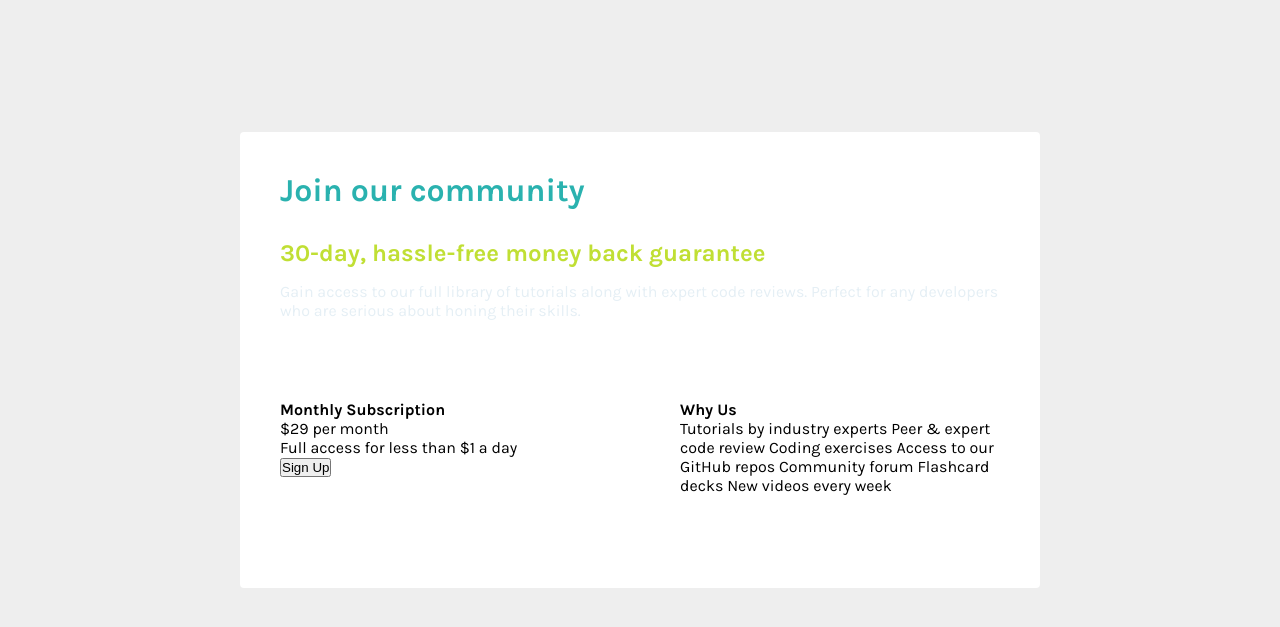
Repository: Akashiii1/WebSingleGrid_Day3
Page: index.html
An editor plug-in stored every save of this project. The page is shown before and after the next save, followed by the edit.
The browser window is 1280 px wide. The pictures show the whole page.

Above is the page before, as saved 2021-12-22 01:04:18.

After the next save:
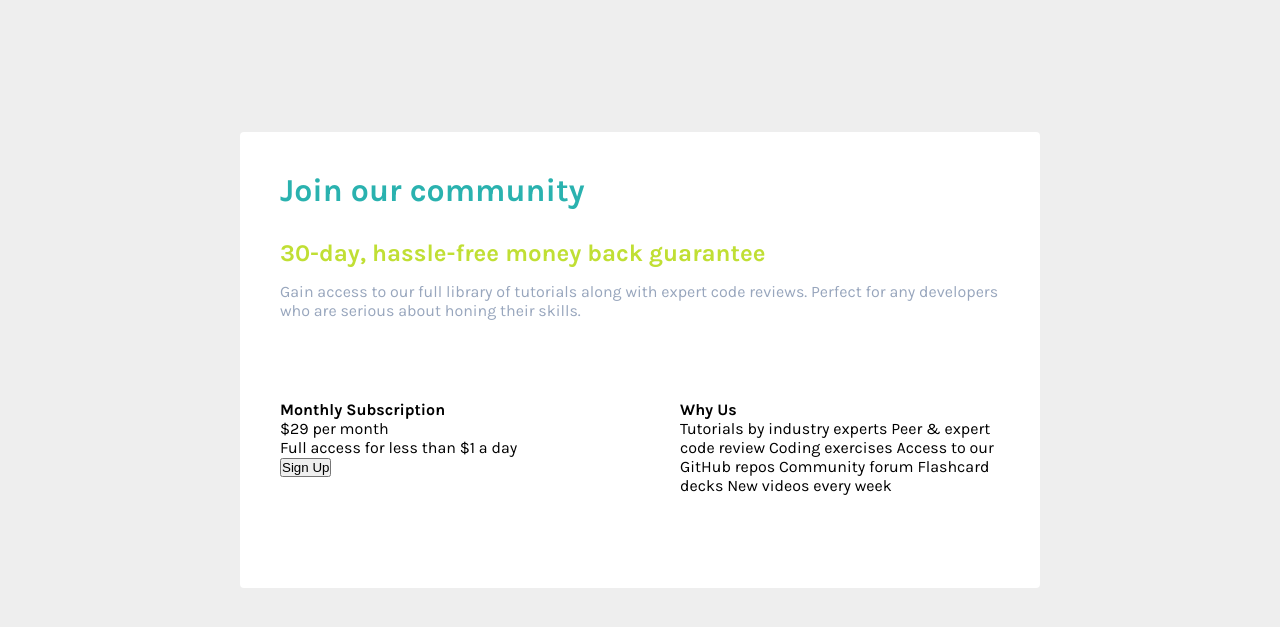
Saved 7 s later.
--- a/style.css
+++ b/style.css
@@ -81,5 +81,5 @@ body{
   margin-bottom: 15px;
 }
 .item1 p{
-  color: var(--LightGray);
+  color: var(--GrayishBlue);
 }
